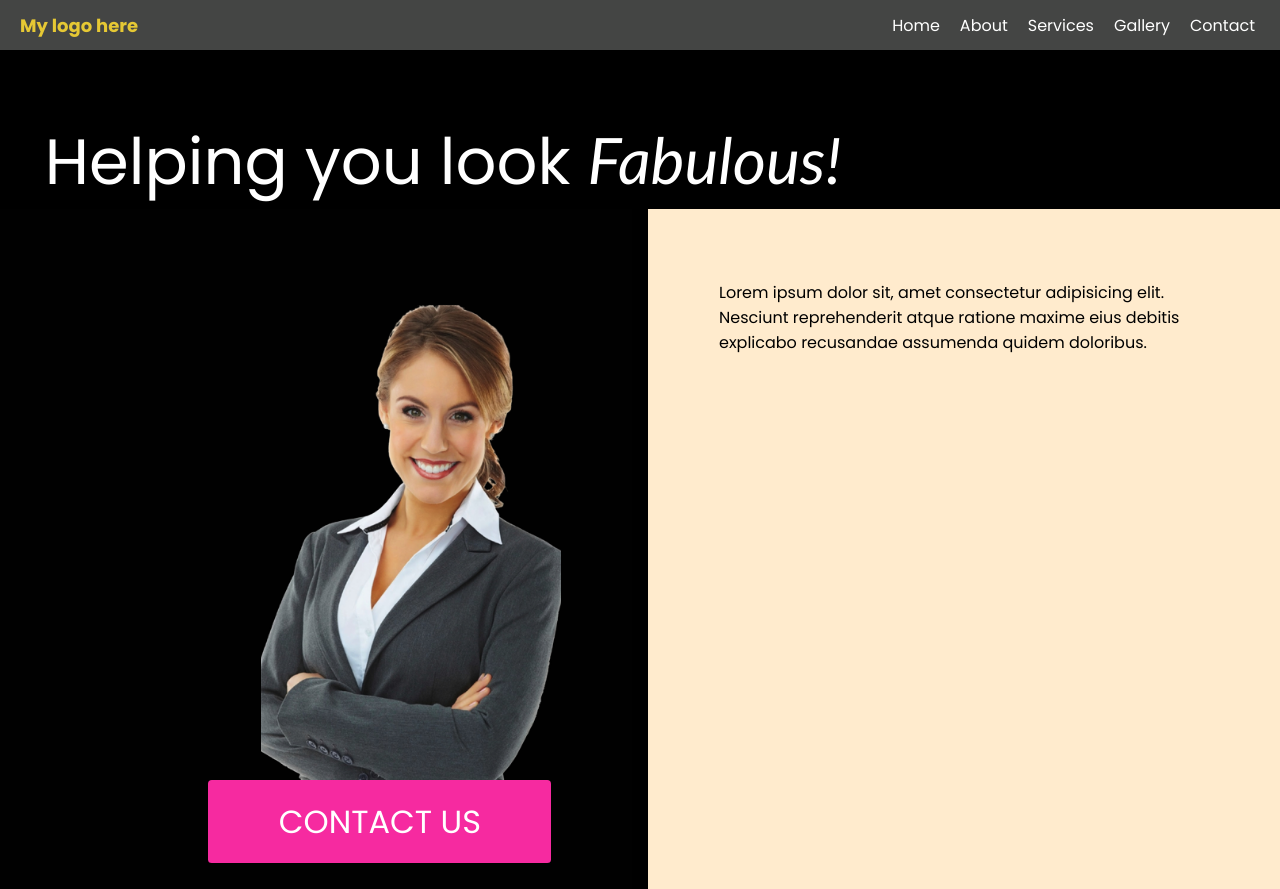
Repository: buzzedison/gardens
Page: index.html
The author's editor kept a copy of each file at every save. The page is drawn from the files as they stood at one save, then again after the next save.
The browser window is 1280 px wide. The pictures show the whole page.

Above is the page before, as saved 2022-01-12 19:46:07.

After the next save:
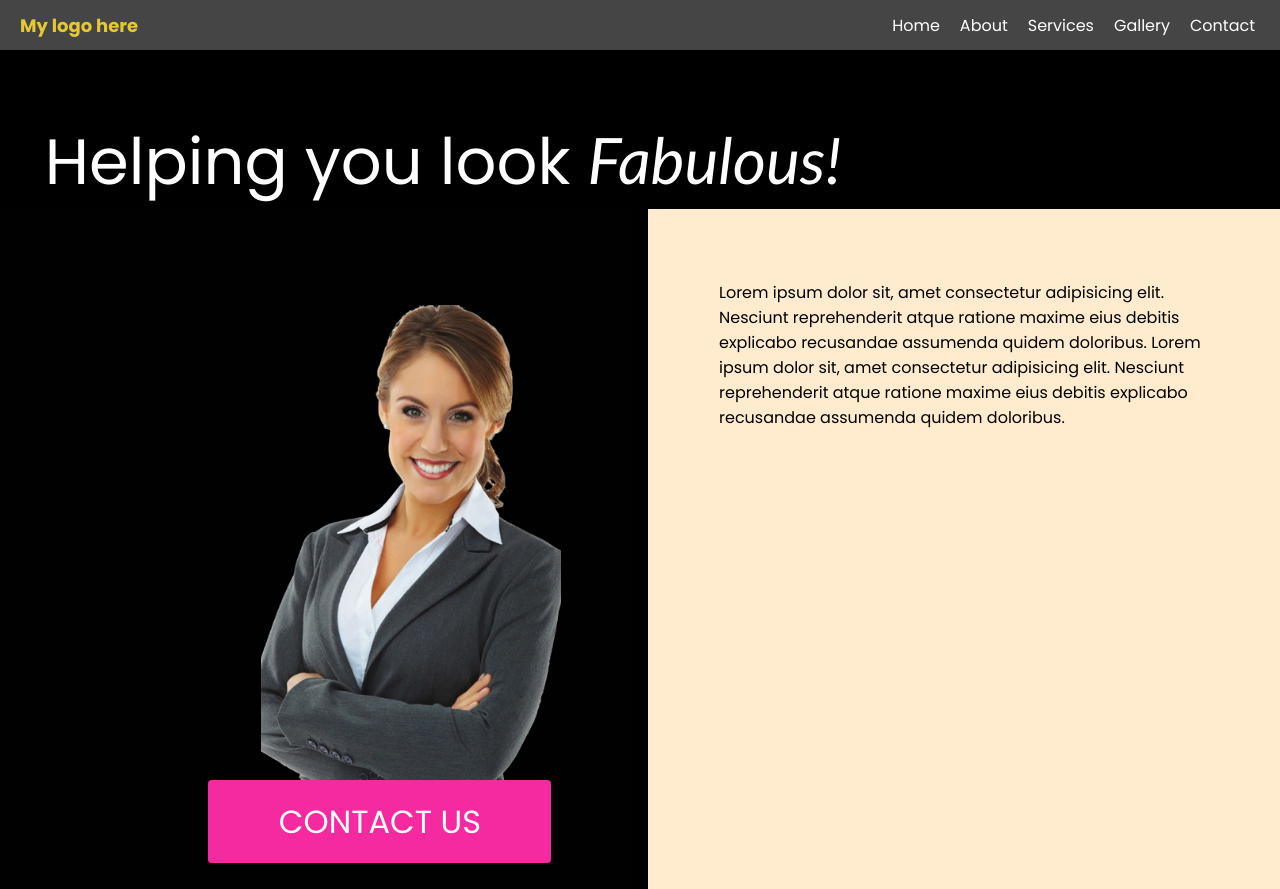
Saved 31 s later.
--- a/index.html
+++ b/index.html
@@ -53,7 +53,11 @@
                         <p class="text-grid">
                         Lorem ipsum dolor sit, amet consectetur adipisicing elit.
                         Nesciunt reprehenderit atque ratione maxime eius
-                        debitis explicabo recusandae assumenda quidem doloribus. </p>
+                        debitis explicabo recusandae assumenda quidem doloribus.
+                        Lorem ipsum dolor sit, amet consectetur adipisicing elit.
+                        Nesciunt reprehenderit atque ratione maxime eius
+                        debitis explicabo recusandae assumenda quidem doloribus.
+                    </p>
                     </div>
                 </div>
             </section1>
